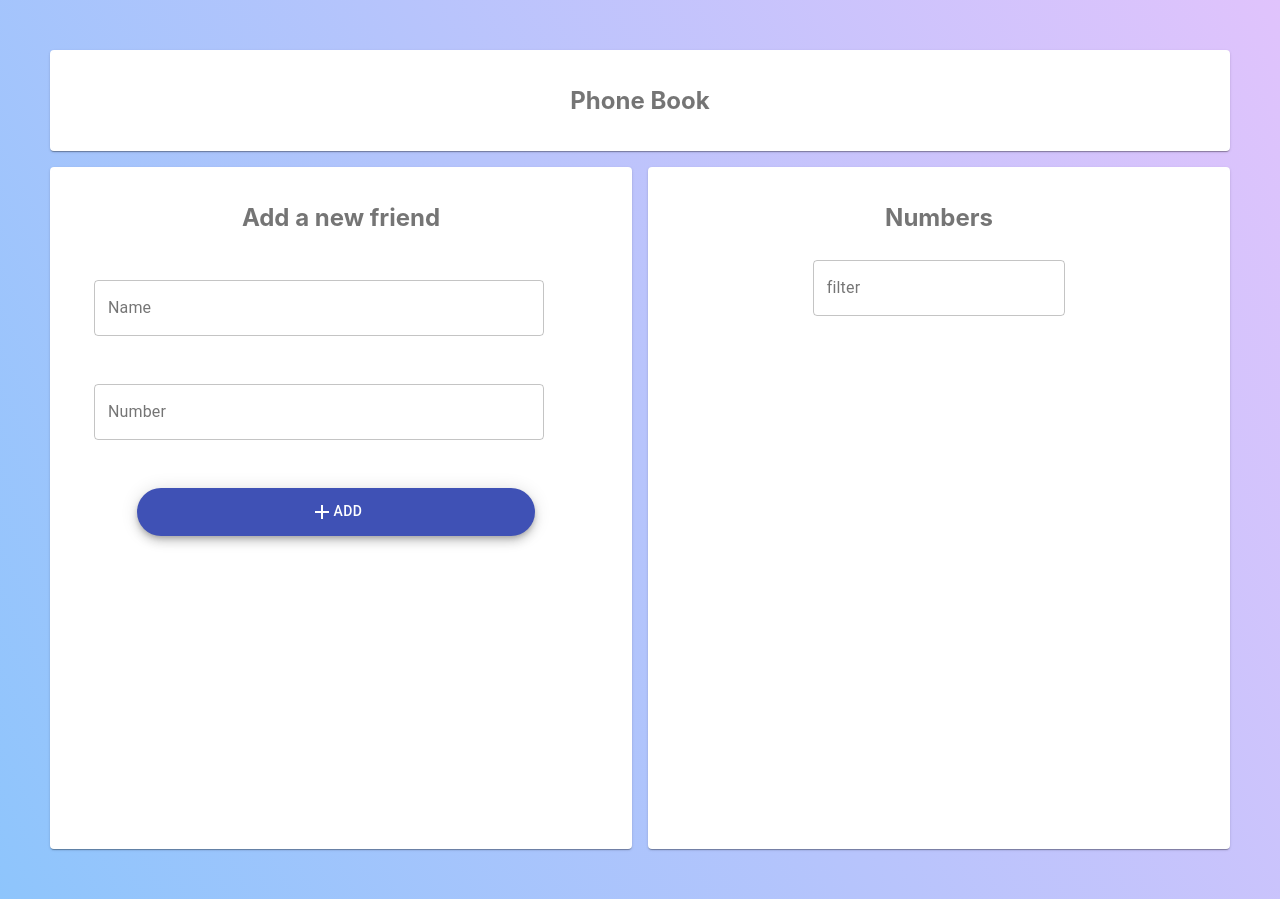
Repository: StacyLafume/phone-book
Page: / (app in phone-book/)
An editor plug-in stored every save of this project. The page is shown before and after the next save, followed by the edit.
The browser window is 1280 px wide. The pictures show the whole page.
The page's requests for data from a server got no answer. The project was rebuilt for these pictures with package versions that can differ from the ones it lists, and the page was loaded fresh each time. No one was signed in, and anything a server would have sent is missing. Also part of the build but not shown: phone-book/src/PhoneBook.js.

Above is the page before, as saved 2021-04-02 02:36:36.

### phone-book/src/index.css
body {
  margin: 0;
  font-family: -apple-system, BlinkMacSystemFont, 'Segoe UI', 'Roboto', 'Oxygen',
    'Ubuntu', 'Cantarell', 'Fira Sans', 'Droid Sans', 'Helvetica Neue',
    sans-serif;
  -webkit-font-smoothing: antialiased;
  -moz-osx-font-smoothing: grayscale;
  background-color: #8EC5FC;
background-image: linear-gradient(62deg, #8EC5FC 0%, #E0C3FC 100%);

}

code {
  font-family: source-code-pro, Menlo, Monaco, Consolas, 'Courier New',
    monospace;
}

### phone-book/src/App.js
import React, { useState, useEffect } from "react";
// importing a modual personsService
import personsService from "./Service/person";
import Filter from "./Filter";
import Notification from "./Notification";
import PersonForm from "./PersonForm";
import PhoneBook from "./PhoneBook";
import { makeStyles } from '@material-ui/core/styles';
import Paper from '@material-ui/core/Paper';
import Grid from '@material-ui/core/Grid';
import Box from '@material-ui/core/Box';
import List from '@material-ui/core/List';


const App = () => {
  const [persons, setPersons] = useState([]);
  const [newName, setNewName] = useState("");
  const [newNumber, setNewNumber] = useState("");
  const [showFilter, setshowFilter] = useState("");
  const [notification, setNotification] = useState(null);
  const [success, setSuccess] = useState(null);

  const useStyles = makeStyles((theme) => ({
    root: {
      flexGrow: 1,
      margin: 50,

    },
    paper: {
      padding: theme.spacing(2),
      justifyItems: 'center',
      color: theme.palette.text.secondary,
      overflow: 'auto',
      height: 650,

    },
    header1: {
      padding: theme.spacing(2),
      justifyItems: 'center',
      color: theme.palette.text.secondary,
      overflow: 'auto',
      textAlign: 'center'
    },
    addFriend:{
      padding: theme.spacing(2),
      justifyItems: 'center',
      color: theme.palette.text.secondary,
      overflow: 'auto',
      textAlign: 'center',
      height: 650,
      justifyContent: 'center'

    }
  }));

  // show data on the screen
  useEffect(() => {
    personsService
      .getAll()
      .then(response => {
        setPersons(response);
      })
      .catch(error => showMessage("Could not retrieve data", false));
  }, []);

  const addNewName = e => {
    e.preventDefault();
    const personObject = {
      name: newName,
      number: newNumber
    };

    //console.log('persons.some(e => e.name === newName)',persons.some(e => e.name === newName))

    // if name is already in phone book return true and alert user
    if (persons.some(e => e.name === newName)) {

      // first name equal to that name
      let personId = persons.find(item => item.name === newName);

      // assigning whats in person obj to person id to update the entry
      let updatedEntry = Object.assign(personId, personObject);

      // alert the user  to update name  and / or  number
      if (
        window.confirm(
          `Do you want to update ${newName} with number ${newNumber}?`
        )
      ) {
        // based on the condition it will make put request to update
        personsService
          .update(personId.id, personObject)
          .then(() => {
            setPersons(
              // map through persons check if name is equal to new name
              //and either return updatedEntry or item
              persons.map(item => (item.name === newName ? updatedEntry : item))
            );
            // reset inputs
            setNewName("");
            setNewNumber("");
            // alert user of the changes
            showMessage(` ${newName} phone number updated`);
          })
          .catch(error => {
            showMessage(
              `Update failed. ${newName} has already been removed from the phone book.`,
              false
            );
            setPersons(persons.filter(n => n.name !== newName));
          });
      }
    } else {
      // if number is already in phone book return true and alert user
      if (persons.some(e => e.number === newNumber)) {
        showMessage(`# ${newNumber} is already in the phone book.`, false);
      } else {
        // check if inputs are empty and set show message
        if (newName === "" || newNumber === "") {
          showMessage(`The name and number must not be empty`, false);
        } else {
          // add personObject to the data base
          personsService
            .create(personObject)
            .then(returnedPerson => {
              setPersons(persons.concat(returnedPerson));
              // reset inputs
              setNewName("");
              setNewNumber("");
              // alert user
              showMessage(`User ${newName} has been added to the phone book`);
            })
            .catch(error => {
              console.log(error.response.data.error)
              return showMessage(
                `Failed to add number. More about error: ${error.response.data.error
                }`,
                false
              );
            });
          // make a get requests of updated data
          personsService
            .getAll()
            .then(response => {
              setPersons(response);
            })
            .catch(error => showMessage("Could not retrieve data", false));
        }
      }
    }
  };

  const removeEntry = person => {
    // if user clicks yes to remove
    if (window.confirm(`Remove ${person.name}?`)) {
      // call delete request with id that needs to be deleted
      personsService
        .remove(person.id)
        .then(() => {
          // setPerson to filtered array of every preson but the deleted person
          setPersons(persons.filter(item => item.id !== person.id));
          showMessage(`${person.name} has been removed from the phone book`);
        })
        .catch(error => {
          showMessage(
            `Removal failed. User ${person.name
            } has already been removed from the phone book.`,
            false
          );
          // make a get requests of updated data
          personsService
            .getAll()
            .then(response => {
              setPersons(response);
            })
            .catch(error => showMessage("Could not retrieve data", false));
        });
    }
  };

  // tracking values in the name input
  const handleNameChange = e => {
    // console.log(e.target.value);
    setNewName(e.target.value);
  };

  // tracking values in the number input
  const handleNumberChange = e => {
    setNewNumber(e.target.value);
  };

  const showMessage = (message, successNotification = true) => {
    // sets notication based on the true or false given by the condiyion it was called in
    setNotification(message);
    // boolean value if the rquest was successful or not
    setSuccess(successNotification);

    // the notification will stay on browser for 3 sec
    setTimeout(() => {
      setNotification(null);
      setSuccess(null);
    }, 3000);
  };

  const classes = useStyles();
  return (
    <Box className={classes.root}>
      <Grid container spacing={2}>
      <Grid item xs={12}>
      <Paper className={classes.header1}>
        <h2>Phone Book</h2>
        </Paper>
        </Grid>
        <Grid item xs={6} >
          <Paper className={classes.paper}>


            <h2>Add a new friend</h2>
            <PersonForm
              addNewName={addNewName}
              newName={newName}
              handleNameChange={handleNameChange}
              handleNumberChange={handleNumberChange}
            />
          </Paper>
        </Grid>
        <Grid item xs={6}>
          <Paper className={classes.paper}>
            <h2>Numbers</h2>
            <Notification notification={notification} success={success} />
            <Filter showFilter={showFilter} setshowFilter={setshowFilter} />
            <List>
              <PhoneBook
                persons={persons}
                showFilter={showFilter}
                removeEntry={removeEntry}
              />
            </List>
          </Paper>
        </Grid>
      </Grid>
    </Box>
  );
};

export default App;

### phone-book/src/Service/person.js
import axios from "axios";

//const baseUrl = "http://localhost:3003/persons";
const baseUrl = 'api/persons';

// get rquest for all of json datas
const getAll = () => {
  const request = axios.get(baseUrl);
  return request.then(response => response.data);
};

// post request to add new entry
const create = newObject => {
  const request = axios.post(baseUrl, newObject);
  return request.then(response => response.data)
};

// put request to update json db
const update = (id, newObject) => {
  const request = axios.put(`${baseUrl}/${id}`, newObject);
  return request.then(response => response.data);
};

// delete request to delete from json data base
const remove = id => {
  const request = axios.delete(`${baseUrl}/${id}`);
  return request.then(response => response.data);
};


// exporting all of the functions
export default {
  getAll: getAll,
  create: create,
  update: update,
  remove: remove
};

### phone-book/src/Filter.js
import React from "react";
import { makeStyles } from '@material-ui/core/styles';
import TextField from '@material-ui/core/TextField';

const Filter = ({ showFilter, setshowFilter }) => {
  const useStyles = makeStyles((theme) => ({
    root: {
      '& > *': {
        margin: theme.spacing(1),
        width: '25ch',
      },
    },
  }));
  const classes = useStyles();
  const filterPersons = e => {
    setshowFilter(e.target.value);
  };

  return (
    <div className={classes.root}>
      <TextField id="outlined-basic" value={showFilter} label="filter" variant="outlined"onChange={filterPersons} />
    </div>
  );
};

export default Filter;

### phone-book/src/Notification.js
import React from "react";


const Notification = ({ notification, success }) => {
  // console.log(notification);
  // console.log(success);

  // if there is no notification return null
  if (notification === null) {
    return null;
  }

  // if success renders the paticular (inLine) style
  if (success)
    return (
      <div className="success" style={styles.success}>
        {notification}
      </div>
    );
  else
    return (
      <div className="success" style={styles.fail}>
        {notification}
      </div>
    );
};

var styles = {
  success: {
    color: "green",
    background: "white",
    fontSize: 20,
    borderStyle: "solid",
    borderRadius: 5,
    padding: 10,
    marginBottom: 10
  },
  fail: {
    color: "red",
    background: "white",
    fontSize: 20,
    borderStyle: "solid",
    borderRadius: 5,
    padding: 10,
    marginBottom: 10
  }
};

export default Notification;

### phone-book/src/PersonForm.js
import React from "react";
import { makeStyles } from '@material-ui/core/styles';
import TextField from '@material-ui/core/TextField';
import Grid from '@material-ui/core/Grid';
import Fab from '@material-ui/core/Fab';
import AddIcon from '@material-ui/icons/Add';



const PersonForm = ({
  newName,
  newNumber,
  addNewName,
  handleNameChange,
  handleNumberChange
}) => {
  const useStyles = makeStyles((theme) => ({
    root: {
      '& > *': {
        margin: theme.spacing(2),
        width: '50ch',
      },
    },
    press: {
      marginLeft: 75,
      extendedIcon: {
        marginRight: theme.spacing(1),
      },
    }
  }));
  const classes = useStyles();
  return (
    <Grid container spacing={1}>
      <form onSubmit={addNewName} className={classes.root} noValidate autoComplete="off">

        {/* calls the function tracking values in the name input */}
        {/* name: <input value={newName} onChange={handleNameChange} /> */}
        <Grid item xs={12}>
        <TextField id="outlined-basic" className={classes.root} label="Name" value={newName} onChange={handleNameChange} variant="outlined" />
        </Grid>
        <Grid item  xs={12}>
        {/* calls the function tracking values in the number input */}
        <TextField id="outlined-basic"  className={classes.root} value={newNumber} onChange={handleNumberChange} label="Number" variant="outlined" />
        </Grid>
        {/* calls the create request to add name and number */}
        <Fab variant="extended" color="primary" aria-label="add" className={classes.press} type="submit">
          <AddIcon className={classes.extendedIcon} />
         Add
        </Fab>
      </form>
      </Grid>

  );
};


export default PersonForm;

Loaded but not shown: phone-book/public/index.html (common file); phone-book/src/index.js (common file)

After the next save:
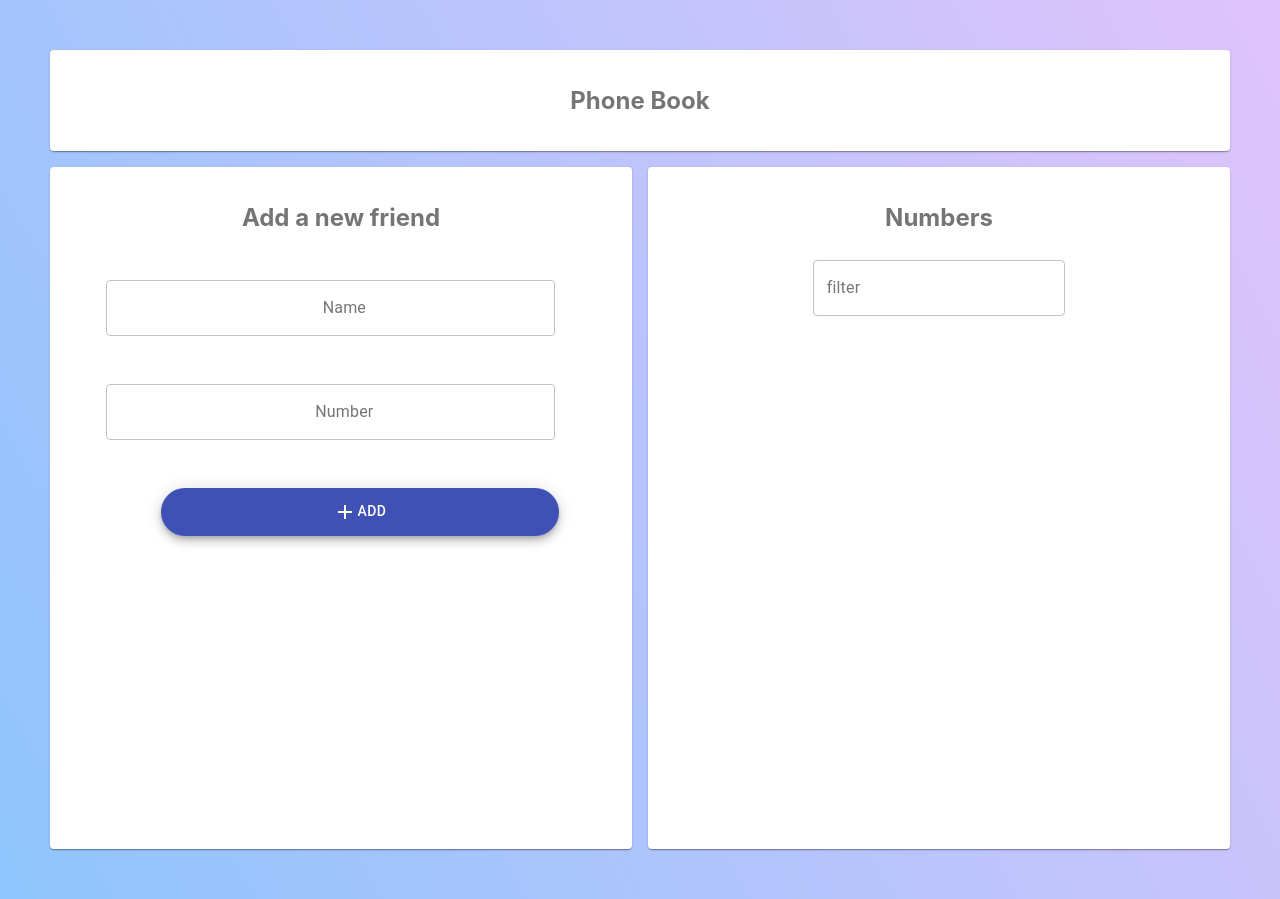
Saved 19 min 41 s later.
--- a/phone-book/src/App.js
+++ b/phone-book/src/App.js
@@ -212,7 +212,7 @@ const App = () => {
         </Paper>
         </Grid>
         <Grid item xs={6} >
-          <Paper className={classes.paper}>
+          <Paper className={classes.addFriend}>
 
 
             <h2>Add a new friend</h2>

After the save that followed:
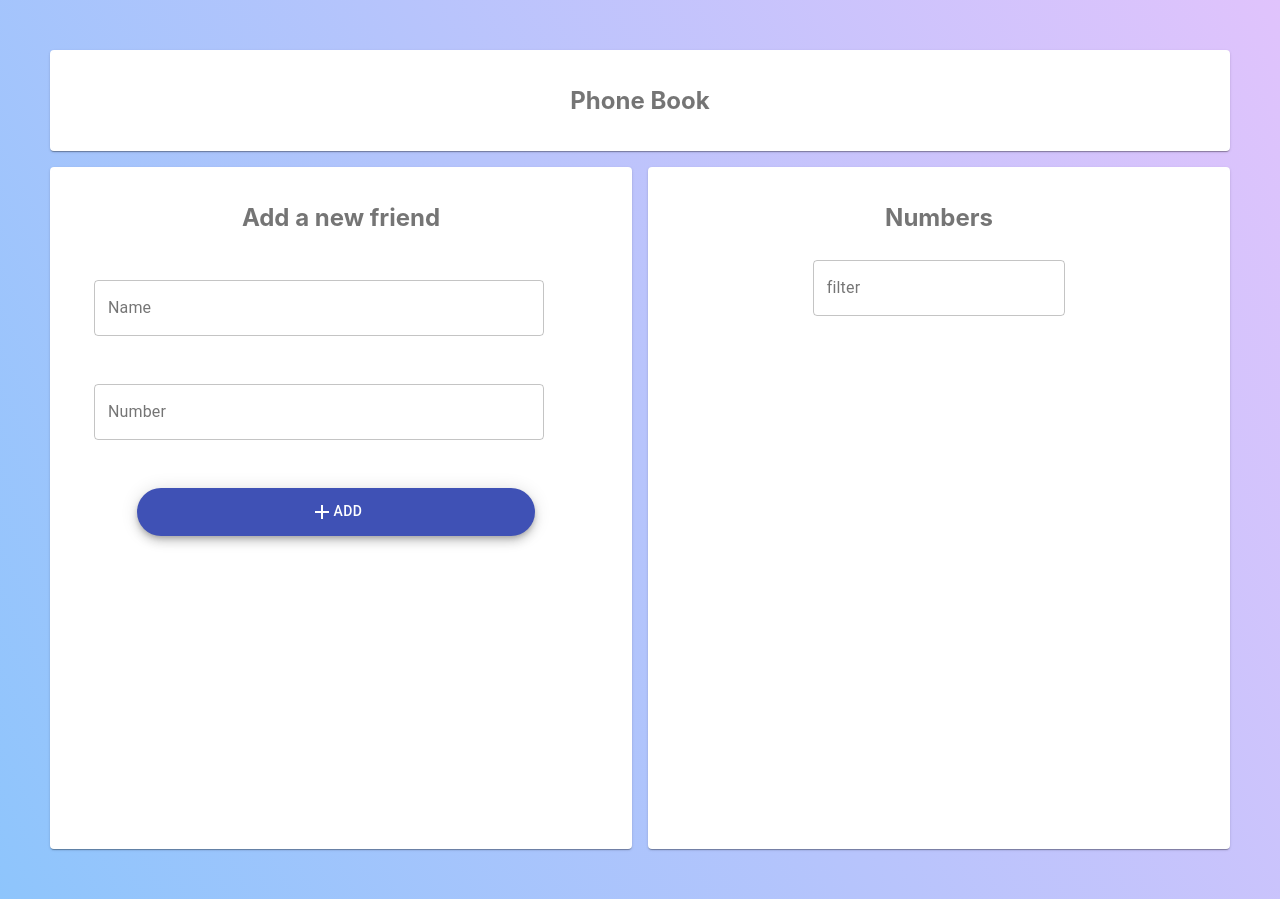
Saved 46 s later.
--- a/phone-book/src/App.js
+++ b/phone-book/src/App.js
@@ -46,7 +46,7 @@ const App = () => {
       justifyItems: 'center',
       color: theme.palette.text.secondary,
       overflow: 'auto',
-      textAlign: 'center',
+
       height: 650,
       justifyContent: 'center'
 
